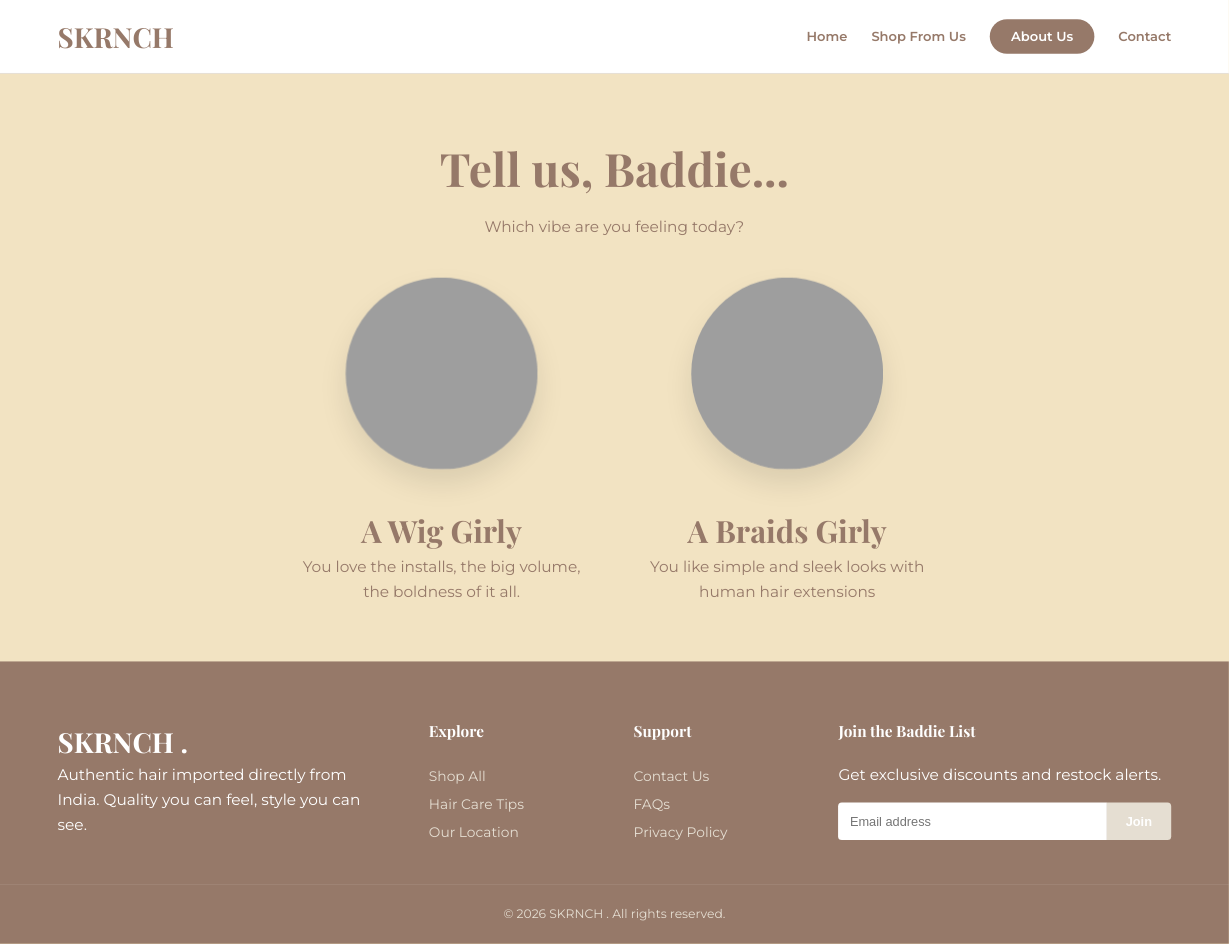
Repository: ndirituart/Portfolio
Page: wigsorextensions.html
An editor plug-in stored every save of this project. The page is shown before and after a run of saves, followed by the edit.
The browser window is 1280 px wide. The pictures show the whole page, at 96% of full size.
Pictures or frames that could not be fetched are drawn as grey boxes. Some web fonts or font styles are not loaded; a fallback is used.

Above is the page before, as saved 2026-02-13 17:47:00.

### wigsorextensions.html
<!DOCTYPE html>
<html lang="en">
<head>
    <meta charset="UTF-8">
    <meta name="viewport" content="width=device-width, initial-scale=1.0">
    <title>SKRNCH | Discover Your Style</title>
    <link href="https://fonts.googleapis.com/css2?family=Playfair+Display:ital,wght@0,700;1,700&family=Montserrat:wght@400;600&display=swap" rel="stylesheet">

</head>
<body>

    <header class="main-header">
        <div class="container">
            <a href="index.html" class="logo">SKRNCH</a>
            <nav>
                <ul>
                    <li><a href="index.html">Home</a></li>
                   <li class="dropdown">
                        <a href="shop.html" class="dropbtn">Shop From Us</a>
                        <div class="dropdown-content">
                            <a href="wigsorextensions.html">Wigs & Hair Extensions</a>
                            <a href="accessories.html">Hair Accessories</a>
                            <a href="essentials.html">Hair Essentials</a>
                            <a href="products.html">Hair Products</a>
                        </div>
                    </li>
                    <li><a href="about.html" class="btn-small">About Us</a></li>
                    <li><a href="contact.html">Contact</a></li>
                </ul>
            </nav>
        </div>
    </header>

    <main class="selection-main">
        <div class="selection-question">
            <h1>Tell us, Baddie...</h1>
            <p>Which vibe are you feeling today?</p>
        </div>

        <div class="selection-grid">
            <a href="products/buywigs.html" class="product-choice">
                <img src="assets/icons/wiggirly.jpg" alt="Wigs Girly">
                <h2>A Wig Girly</h2>
                <p>You love the installs, the big volume, the boldness of it all.</p>
            </a>

            <a href="products/hairextensions.html" class="product-choice alt">
                <img src="assets/icons/braidsgirly.jpg" alt="Hair Extensions">
                <h2>A Braids Girly</h2>
                <p>You like simple and sleek looks with human hair extensions</p>
            </a>
        </div>
    </main>

    <footer class="main-footer">
        <div class="container footer-grid">
            <div class="footer-brand">
                <div class="logo" style="color: white;">SKRNCH <span>.</span></div>
                <p>Authentic hair imported directly from India. Quality you can feel, style you can see.</p>
            </div>
            <div class="footer-links">
                <h4>Explore</h4>
                <ul>
                    <li><a href="/shop.html">Shop All</a></li>
                    <li><a href="/haircaretips.html">Hair Care Tips</a></li>
                    <li><a href="/about.html">Our Location</a></li>
                </ul>
            </div>
            <div class="footer-links">
                <h4>Support</h4>
                <ul>
                    <li><a href="/contact.html">Contact Us</a></li>
                    <li><a href="/faqs.html">FAQs</a></li>
                    <li><a href="/privacypolicy.html">Privacy Policy</a></li>
                </ul>
            </div>
            <div class="footer-contact">
                <h4>Join the Baddie List</h4>
                <p>Get exclusive discounts and restock alerts.</p>
                <div class="input-group">
                    <input type="email" placeholder="Email address">
                    <button>Join</button>
                </div>
            </div>
        </div>
        <div class="footer-bottom">
            <p>&copy; 2026 SKRNCH . All rights reserved.</p>
        </div>
    </footer>

</body>
</html>


<style>
        :root {
            --cream: #F2E3C2; --sand: #E5DED2; --bronze: #A67C52;
            --gold-leaf: #C5B081; --deep-cocoa: #967969; --white: #ffffff;
            --heading-font: 'Playfair Display', serif;
            --body-font: 'Montserrat', sans-serif;
            --max-width: 1200px;
        }

        * { margin: 0; padding: 0; box-sizing: border-box; }

        body {
            background-color: var(--cream);
            color: var(--deep-cocoa);
            line-height: 1.6;
            font-family: var(--body-font);
        }

        .container {
            max-width: var(--max-width);
            margin: 0 auto;
            padding: 0 20px;
        }

        /* --- HEADER --- */
        .main-header {
            background: white;
            padding: 15px 0;
            position: sticky;
            top: 0;
            z-index: 1000;
            border-bottom: 1px solid var(--sand);
        }

        .main-header .container {
            display: flex;
            justify-content: space-between;
            align-items: center;
        }

        .logo {
            font-family: var(--heading-font);
            font-size: 1.8rem;
            font-weight: 700;
            color: var(--deep-cocoa);
            text-decoration: none;
        }

        nav ul { display: flex; list-style: none; align-items: center; }
        nav ul li { margin-left: 25px; }
        nav ul li a {
            text-decoration: none;
            color: var(--deep-cocoa);
            font-weight: 600;
            font-size: 0.85rem;
            transition: 0.3s;
        }

        .btn-small {
            background: var(--deep-cocoa);
            color: white !important;
            padding: 10px 22px;
            border-radius: 50px;
        }

                /* --- UPDATED DROPDOWN LOGIC --- */
        .dropdown {
            position: relative;
            display: inline-block;
        }

        .dropdown-content {
            display: none; /* Hide by default */
            position: absolute;
            background-color: white;
            min-width: 200px;
            box-shadow: 0px 8px 16px rgba(0,0,0,0.1);
            z-index: 1001;
            border-radius: 8px;
            top: 100%;
            left: 0;
            padding: 10px 0;
            border: 1px solid var(--pink);
        }

        .dropdown-content a {
            color: var(--deep-cocoa);
            padding: 12px 16px;
            text-decoration: none;
            display: block;
            font-size: 0.85rem;
            transition: 0.3s;
        }

        .dropdown-content a:hover {
            background-color: var(--cream);
            color: var(--sand);
        }

        /* Show the dropdown when hovering over the 'li' */
        .dropdown:hover .dropdown-content {
            display: block;
        }


        /* --- SELECTION SECTION --- */
        .selection-main {
            min-height: 80vh;
            display: flex;
            flex-direction: column;
            justify-content: center;
            align-items: center;
            text-align: center;
            padding: 60px 20px;
        }

        .selection-question {
            margin-bottom: 50px;
        }

        .selection-question h1 {
            font-family: var(--heading-font);
            font-size: 3rem;
            margin-bottom: 10px;
        }

        .selection-grid {
            display: flex;
            gap: 60px;
            justify-content: center;
            align-items: flex-start;
            flex-wrap: wrap;
        }

        .product-choice {
            text-decoration: none;
            color: inherit;
            transition: transform 0.3s ease;
            width: 300px;
        }

        /* Bouncing Animation */
        @keyframes bounce {
            0%, 100% { transform: translateY(0); }
            50% { transform: translateY(-20px); }
        }

        .product-choice img {
            /*For the image to fit the whole circle*/
            width: 200px;
            height: 200px;
            object-fit: cover;
            object-position: center;
            border-radius: 50%;
            box-shadow: 0 15px 30px rgba(0,0,0,0.1);
            animation: bounce 4s ease-in-out infinite;
        }



        /* Offset the second bounce so they aren't in sync */
        .product-choice.alt img {
            animation-delay: 2s;
        }

        .product-choice h2 {
            font-family: var(--heading-font);
            font-size: 2rem;
            margin-top: 20px;
        }

        .product-choice:hover {
            transform: scale(1.05);
        }

        /* --- FOOTER --- */
        .main-footer {
            background: var(--deep-cocoa);
            color: white;
            padding: 60px 0 20px;
        }

        .footer-grid {
            display: grid;
            grid-template-columns: 2fr 1fr 1fr 2fr;
            gap: 40px;
        }

        .footer-links h4, .footer-contact h4 { font-family: var(--heading-font); margin-bottom: 20px; }
        .footer-links ul { list-style: none; }
        .footer-links ul li a { color: var(--sand); text-decoration: none; font-size: 0.9rem; line-height: 2; }

        .input-group { display: flex; margin-top: 15px; }
        .input-group input { padding: 12px; border-radius: 4px 0 0 4px; border: none; flex: 1; }
        .input-group button { padding: 10px 20px; background: var(--sand); border: none; color: white; border-radius: 0 4px 4px 0; cursor: pointer; font-weight: 600; }

        .footer-bottom {
            text-align: center;
            margin-top: 40px;
            font-size: 0.8rem;
            color: var(--sand);
            border-top: 1px solid rgba(255,255,255,0.1);
            padding-top: 20px;
        }

        @media (max-width: 768px) {
            .footer-grid { grid-template-columns: 1fr; }
            .selection-question h1 { font-size: 2rem; }
            .selection-grid { gap: 30px; }
        }
    </style>

After the next 2 saves:
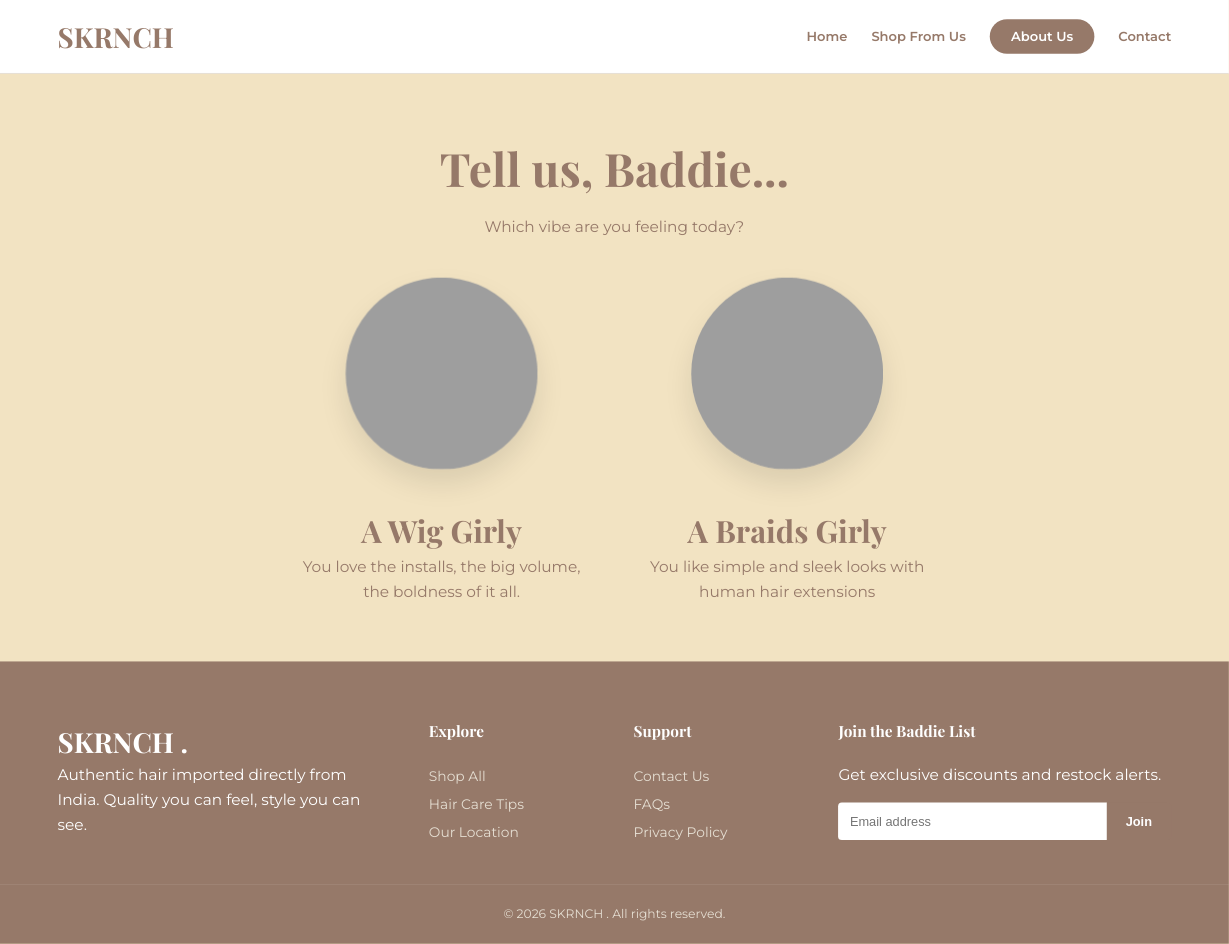
The 2 saves are shown as one change because they came seconds apart.
The last was saved 39 s later.
--- a/wigsorextensions.html
+++ b/wigsorextensions.html
@@ -286,7 +286,7 @@
 
         .input-group { display: flex; margin-top: 15px; }
         .input-group input { padding: 12px; border-radius: 4px 0 0 4px; border: none; flex: 1; }
-        .input-group button { padding: 10px 20px; background: var(--sand); border: none; color: white; border-radius: 0 4px 4px 0; cursor: pointer; font-weight: 600; }
+        .input-group button { padding: 10px 20px; background: var(--deep-cocoa); border: none; color: white; border-radius: 0 4px 4px 0; cursor: pointer; font-weight: 600; }
 
         .footer-bottom {
             text-align: center;
